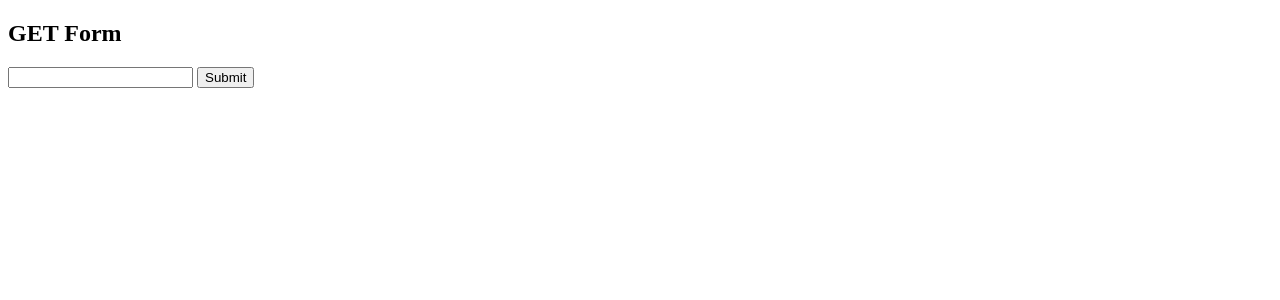
Repository: HHongmoris/TIL
Page: 04_BackEnd/BackEnd02_Servlet/WebContent/form_01_get_post.html
An editor plug-in stored every save of this project. The page is shown before and after the next save, followed by the edit.
The browser window is 1280 px wide. The pictures show the whole page.

Above is the page before, as saved 2023-03-07 02:40:06.

### 04_BackEnd/BackEnd02_Servlet/WebContent/form_01_get_post.html
<!DOCTYPE html>
<html>
<head>
<meta charset="UTF-8">
<title>Insert title here</title>
</head>
<body>
	<h2>GET Form</h2>
	<form action="" method="GET">
		<!-- name 속성필요. -->
		<input type="text" name="id">
		<input type="submit">
	</form>
	<!-- <h2>POST Form</h2>
	<form action="" method="POST">
		name 속성필요.
		<input type="text" name="id">
		<input type="submit">
	</form> -->
	<!-- 차이를 느껴라! -->
	<!-- <h2>Action1</h2>
	<form action="/gogo" method="GET">
		name 속성필요.
		<input type="text" name="id">
		<input type="password" name="pw">
		<input type="submit">
	</form>
	<h2>Action1</h2> -->
	<!-- <form action="gogo" method="GET">
		name 속성필요.
		<input type="text" name="id">
		<input type="password" name="pw">
		<input type="submit">
	</form> -->
</body>
</html>

After the next save:
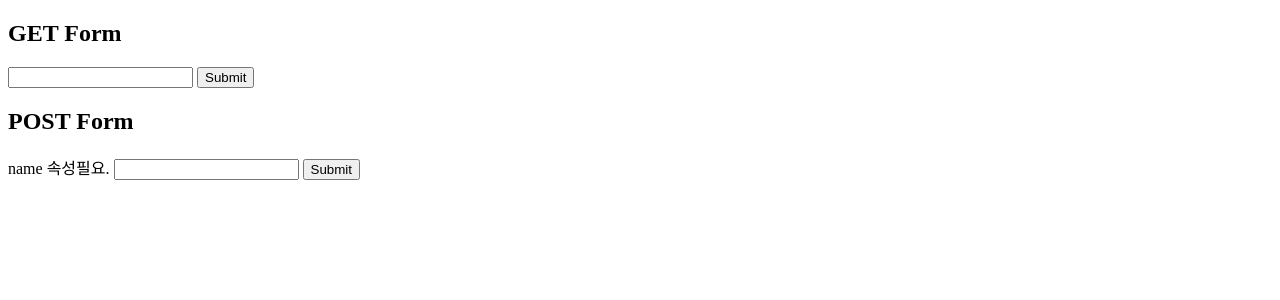
Saved 2 min 31 s later.
--- a/04_BackEnd/BackEnd02_Servlet/WebContent/form_01_get_post.html
+++ b/04_BackEnd/BackEnd02_Servlet/WebContent/form_01_get_post.html
@@ -11,12 +11,12 @@
 		<input type="text" name="id">
 		<input type="submit">
 	</form>
-	<!-- <h2>POST Form</h2>
+	<h2>POST Form</h2>
 	<form action="" method="POST">
 		name 속성필요.
 		<input type="text" name="id">
 		<input type="submit">
-	</form> -->
+	</form>
 	<!-- 차이를 느껴라! -->
 	<!-- <h2>Action1</h2>
 	<form action="/gogo" method="GET">
